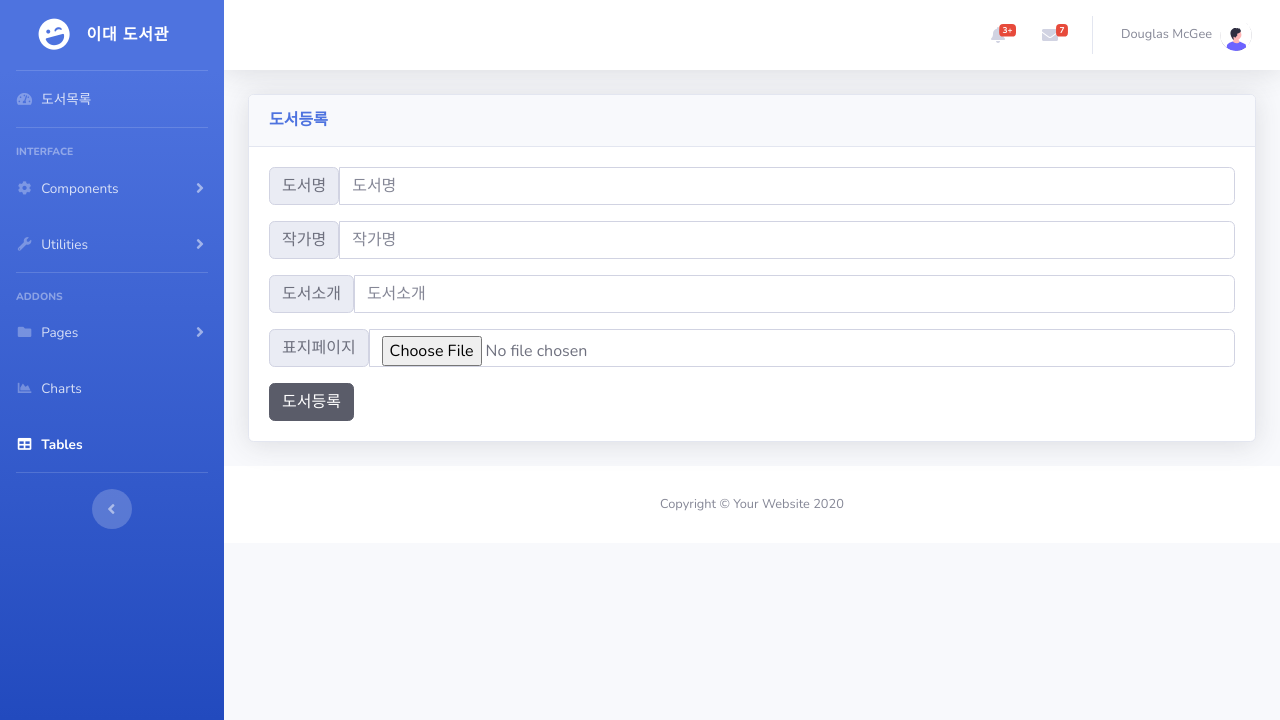
Repository: allely/spring
Page: http://localhost/jsp/book/reg.jsp
These files come from the project's save history. The page is drawn as it stood at one moment and after the next save; the edit follows.
The browser window is 1280 px wide. The pictures show the whole page.
The page is served by Tomcat 9. Other server files are loaded and not shown.

Above is the page before, as saved 2023-11-27 02:12:10.

### 2. 서블릿 & JSP/jsp/jsp/src/main/webapp/book/reg.jsp
<%@ page language="java" contentType="text/html; charset=UTF-8"
    pageEncoding="UTF-8"%>
<!DOCTYPE html>
<html>
<head>
<meta charset="UTF-8">
<title>Insert title here</title>
</head>
<body>
<script type="text/javascript">
	window.onload = function(){
		// regBtn 요소에 이벤트를 추가한다. (아이디로 접근하는 방법)
		regBtn.addEventListener('click', function(){
			// form요소의 이름으로 접근하여 폼을 전송한다.(새로운 페이지 요청)
			regForm.submit();
		});
	}
</script>
	<!-- 도서 등록 화면 -->
	<%@include file="/header.jsp" %>

	<!-- 메인컨텐츠 영역 시작-->
	<div class="container-fluid">
			<div class="card shadow mb-4">

				<div class="card-header py-3">
					<h6 class="m-0 font-weight-bold text-primary">도서등록</h6>
				</div>

				<div class="card-body">
				<!-- 폼등록 -->
				<form action="/book/bookRegProcess" name="regForm" method="post">
					<div class="input-group mb-3">
						<span class="input-group-text" id="basic-addon1">도서명</span>
						<input type="text" class="form-control" placeholder="도서명" name="title" aria-label="Username" aria-describedby="basic-addon1">
					</div>

					<div class="input-group mb-3">
						<span class="input-group-text" id="basic-addon1">작가명</span>
						<input type="text" class="form-control" placeholder="작가명" name="author" aria-label="Username" aria-describedby="basic-addon1">
					</div>

					<div class="input-group mb-3">
						<span class="input-group-text" id="basic-addon1">도서소개</span>
						<input type="text" class="form-control" placeholder="도서소개" name="content" aria-label="Username" aria-describedby="basic-addon1">
					</div>

					<div class="input-group mb-3">
						<span class="input-group-text" id="basic-addon1">표지페이지</span>
						 <input type="file" class="form-control" id="inputGroupFile01" name="imgFile">
					</div>

					<button type="button" class="btn btn-dark" id="regBtn">도서등록</button>
				</form>
				</div>

			</div>
	</div>
	<%@include file="/footer.jsp" %>
</body>
</html>

### 2. 서블릿 & JSP/jsp/jsp/src/main/webapp/header.jsp
<%@ page language="java" contentType="text/html; charset=UTF-8"
	pageEncoding="UTF-8"%>
<!DOCTYPE html>
<html>
<head>

<meta charset="utf-8">
<meta http-equiv="X-UA-Compatible" content="IE=edge">
<meta name="viewport"
	content="width=device-width, initial-scale=1, shrink-to-fit=no">
<meta name="description" content="">
<meta name="author" content="">

<title>SB Admin 2 - Tables</title>

<!-- Custom fonts for this template -->
<link href="../vendor/fontawesome-free/css/all.min.css" rel="stylesheet"
	type="text/css">
<link
	href="https://fonts.googleapis.com/css?family=Nunito:200,200i,300,300i,400,400i,600,600i,700,700i,800,800i,900,900i"
	rel="stylesheet">

<!-- Custom styles for this template -->
<link href="/css/sb-admin-2.min.css" rel="stylesheet">

<!-- Custom styles for this page -->
<link href="/vendor/datatables/dataTables.bootstrap4.min.css"
	rel="stylesheet">

</head>

<body id="page-top">

	<!-- Page Wrapper -->
	<div id="wrapper">

		<!-- Sidebar -->
		<ul
			class="navbar-nav bg-gradient-primary sidebar sidebar-dark accordion"
			id="accordionSidebar">

			<!-- Sidebar - Brand -->
			<a
				class="sidebar-brand d-flex align-items-center justify-content-center"
				href="index.html">
				<div class="sidebar-brand-icon rotate-n-15">
					<i class="fas fa-laugh-wink"></i>
				</div>
				<div class="sidebar-brand-text mx-3">
					이대 도서관</sup>
				</div>
			</a>

			<!-- Divider -->
			<hr class="sidebar-divider my-0">

			<!-- Nav Item - Dashboard -->
			<li class="nav-item"><a class="nav-link" href="index.html">
					<i class="fas fa-fw fa-tachometer-alt"></i> <span>도서목록</span>
			</a></li>

			<!-- Divider -->
			<hr class="sidebar-divider">

			<!-- Heading -->
			<div class="sidebar-heading">Interface</div>

			<!-- Nav Item - Pages Collapse Menu -->
			<li class="nav-item"><a class="nav-link collapsed" href="#"
				data-toggle="collapse" data-target="#collapseTwo"
				aria-expanded="true" aria-controls="collapseTwo"> <i
					class="fas fa-fw fa-cog"></i> <span>Components</span>
			</a>
				<div id="collapseTwo" class="collapse" aria-labelledby="headingTwo"
					data-parent="#accordionSidebar">
					<div class="bg-white py-2 collapse-inner rounded">
						<h6 class="collapse-header">Custom Components:</h6>
						<a class="collapse-item" href="buttons.html">Buttons</a> <a
							class="collapse-item" href="cards.html">Cards</a>
					</div>
				</div></li>

			<!-- Nav Item - Utilities Collapse Menu -->
			<li class="nav-item"><a class="nav-link collapsed" href="#"
				data-toggle="collapse" data-target="#collapseUtilities"
				aria-expanded="true" aria-controls="collapseUtilities"> <i
					class="fas fa-fw fa-wrench"></i> <span>Utilities</span>
			</a>
				<div id="collapseUtilities" class="collapse"
					aria-labelledby="headingUtilities" data-parent="#accordionSidebar">
					<div class="bg-white py-2 collapse-inner rounded">
						<h6 class="collapse-header">Custom Utilities:</h6>
						<a class="collapse-item" href="utilities-color.html">Colors</a> <a
							class="collapse-item" href="utilities-border.html">Borders</a> <a
							class="collapse-item" href="utilities-animation.html">Animations</a>
						<a class="collapse-item" href="utilities-other.html">Other</a>
					</div>
				</div></li>

			<!-- Divider -->
			<hr class="sidebar-divider">

			<!-- Heading -->
			<div class="sidebar-heading">Addons</div>

			<!-- Nav Item - Pages Collapse Menu -->
			<li class="nav-item"><a class="nav-link collapsed" href="#"
				data-toggle="collapse" data-target="#collapsePages"
				aria-expanded="true" aria-controls="collapsePages"> <i
					class="fas fa-fw fa-folder"></i> <span>Pages</span>
			</a>
				<div id="collapsePages" class="collapse"
					aria-labelledby="headingPages" data-parent="#accordionSidebar">
					<div class="bg-white py-2 collapse-inner rounded">
						<h6 class="collapse-header">Login Screens:</h6>
						<a class="collapse-item" href="login.html">Login</a> <a
							class="collapse-item" href="register.html">Register</a> <a
							class="collapse-item" href="forgot-password.html">Forgot
							Password</a>
						<div class="collapse-divider"></div>
						<h6 class="collapse-header">Other Pages:</h6>
						<a class="collapse-item" href="404.html">404 Page</a> <a
							class="collapse-item" href="blank.html">Blank Page</a>
					</div>
				</div></li>

			<!-- Nav Item - Charts -->
			<li class="nav-item"><a class="nav-link" href="charts.html">
					<i class="fas fa-fw fa-chart-area"></i> <span>Charts</span>
			</a></li>

			<!-- Nav Item - Tables -->
			<li class="nav-item active"><a class="nav-link"
				href="tables.html"> <i class="fas fa-fw fa-table"></i> <span>Tables</span></a>
			</li>

			<!-- Divider -->
			<hr class="sidebar-divider d-none d-md-block">

			<!-- Sidebar Toggler (Sidebar) -->
			<div class="text-center d-none d-md-inline">
				<button class="rounded-circle border-0" id="sidebarToggle"></button>
			</div>

		</ul>
		<!-- End of Sidebar -->

		<!-- Content Wrapper -->
		<div id="content-wrapper" class="d-flex flex-column">

			<!-- Main Content -->
			<div id="content">

				<!-- Topbar -->
				<nav
					class="navbar navbar-expand navbar-light bg-white topbar mb-4 static-top shadow">

					<!-- Sidebar Toggle (Topbar) -->
					<form class="form-inline">
						<button id="sidebarToggleTop"
							class="btn btn-link d-md-none rounded-circle mr-3">
							<i class="fa fa-bars"></i>
						</button>
					</form>




					<!-- Topbar Navbar -->
					<ul class="navbar-nav ml-auto">

						<!-- Nav Item - Search Dropdown (Visible Only XS) -->
						<li class="nav-item dropdown no-arrow d-sm-none"><a
							class="nav-link dropdown-toggle" href="#" id="searchDropdown"
							role="button" data-toggle="dropdown" aria-haspopup="true"
							aria-expanded="false"> <i class="fas fa-search fa-fw"></i>
						</a> <!-- Dropdown - Messages -->
							<div
								class="dropdown-menu dropdown-menu-right p-3 shadow animated--grow-in"
								aria-labelledby="searchDropdown">
								<form class="form-inline mr-auto w-100 navbar-search">
									<div class="input-group">
										<input type="text"
											class="form-control bg-light border-0 small"
											placeholder="Search for..." aria-label="Search"
											aria-describedby="basic-addon2">
										<div class="input-group-append">
											<button class="btn btn-primary" type="button">
												<i class="fas fa-search fa-sm"></i>
											</button>
										</div>
									</div>
								</form>
							</div></li>


						<!-- Nav Item - Alerts -->
						<li class="nav-item dropdown no-arrow mx-1"><a
							class="nav-link dropdown-toggle" href="#" id="alertsDropdown"
							role="button" data-toggle="dropdown" aria-haspopup="true"
							aria-expanded="false"> <i class="fas fa-bell fa-fw"></i> <!-- Counter - Alerts -->
								<span class="badge badge-danger badge-counter">3+</span>
						</a> <!-- Dropdown - Alerts -->
							<div
								class="dropdown-list dropdown-menu dropdown-menu-right shadow animated--grow-in"
								aria-labelledby="alertsDropdown">
								<h6 class="dropdown-header">Alerts Center</h6>
								<a class="dropdown-item d-flex align-items-center" href="#">
									<div class="mr-3">
										<div class="icon-circle bg-primary">
											<i class="fas fa-file-alt text-white"></i>
										</div>
									</div>
									<div>
										<div class="small text-gray-500">December 12, 2019</div>
										<span class="font-weight-bold">A new monthly report is
											ready to download!</span>
									</div>
								</a> <a class="dropdown-item d-flex align-items-center" href="#">
									<div class="mr-3">
										<div class="icon-circle bg-success">
											<i class="fas fa-donate text-white"></i>
										</div>
									</div>
									<div>
										<div class="small text-gray-500">December 7, 2019</div>
										$290.29 has been deposited into your account!
									</div>
								</a> <a class="dropdown-item d-flex align-items-center" href="#">
									<div class="mr-3">
										<div class="icon-circle bg-warning">
											<i class="fas fa-exclamation-triangle text-white"></i>
										</div>
									</div>
									<div>
										<div class="small text-gray-500">December 2, 2019</div>
										Spending Alert: We've noticed unusually high spending for your
										account.
									</div>
								</a> <a class="dropdown-item text-center small text-gray-500"
									href="#">Show All Alerts</a>
							</div></li>

						<!-- Nav Item - Messages -->
						<li class="nav-item dropdown no-arrow mx-1"><a
							class="nav-link dropdown-toggle" href="#" id="messagesDropdown"
							role="button" data-toggle="dropdown" aria-haspopup="true"
							aria-expanded="false"> <i class="fas fa-envelope fa-fw"></i>
								<!-- Counter - Messages --> <span
								class="badge badge-danger badge-counter">7</span>
						</a> <!-- Dropdown - Messages -->
							<div
								class="dropdown-list dropdown-menu dropdown-menu-right shadow animated--grow-in"
								aria-labelledby="messagesDropdown">
								<h6 class="dropdown-header">Message Center</h6>
								<a class="dropdown-item d-flex align-items-center" href="#">
									<div class="dropdown-list-image mr-3">
										<img class="rounded-circle" src="img/undraw_profile_1.svg"
											alt="...">
										<div class="status-indicator bg-success"></div>
									</div>
									<div class="font-weight-bold">
										<div class="text-truncate">Hi there! I am wondering if
											you can help me with a problem I've been having.</div>
										<div class="small text-gray-500">Emily Fowler · 58m</div>
									</div>
								</a> <a class="dropdown-item d-flex align-items-center" href="#">
									<div class="dropdown-list-image mr-3">
										<img class="rounded-circle" src="img/undraw_profile_2.svg"
											alt="...">
										<div class="status-indicator"></div>
									</div>
									<div>
										<div class="text-truncate">I have the photos that you
											ordered last month, how would you like them sent to you?</div>
										<div class="small text-gray-500">Jae Chun · 1d</div>
									</div>
								</a> <a class="dropdown-item d-flex align-items-center" href="#">
									<div class="dropdown-list-image mr-3">
										<img class="rounded-circle" src="img/undraw_profile_3.svg"
											alt="...">
										<div class="status-indicator bg-warning"></div>
									</div>
									<div>
										<div class="text-truncate">Last month's report looks
											great, I am very happy with the progress so far, keep up the
											good work!</div>
										<div class="small text-gray-500">Morgan Alvarez · 2d</div>
									</div>
								</a> <a class="dropdown-item d-flex align-items-center" href="#">
									<div class="dropdown-list-image mr-3">
										<img class="rounded-circle"
											src="https://source.unsplash.com/Mv9hjnEUHR4/60x60" alt="...">
										<div class="status-indicator bg-success"></div>
									</div>
									<div>
										<div class="text-truncate">Am I a good boy? The reason I
											ask is because someone told me that people say this to all
											dogs, even if they aren't good...</div>
										<div class="small text-gray-500">Chicken the Dog · 2w</div>
									</div>
								</a> <a class="dropdown-item text-center small text-gray-500"
									href="#">Read More Messages</a>
							</div></li>

						<div class="topbar-divider d-none d-sm-block"></div>

						<!-- Nav Item - User Information -->
						<li class="nav-item dropdown no-arrow"><a
							class="nav-link dropdown-toggle" href="#" id="userDropdown"
							role="button" data-toggle="dropdown" aria-haspopup="true"
							aria-expanded="false"> <span
								class="mr-2 d-none d-lg-inline text-gray-600 small">Douglas
									McGee</span> <img class="img-profile rounded-circle"
								src="img/undraw_profile.svg">
						</a> <!-- Dropdown - User Information -->
							<div
								class="dropdown-menu dropdown-menu-right shadow animated--grow-in"
								aria-labelledby="userDropdown">
								<a class="dropdown-item" href="#"> <i
									class="fas fa-user fa-sm fa-fw mr-2 text-gray-400"></i> Profile
								</a> <a class="dropdown-item" href="#"> <i
									class="fas fa-cogs fa-sm fa-fw mr-2 text-gray-400"></i>
									Settings
								</a> <a class="dropdown-item" href="#"> <i
									class="fas fa-list fa-sm fa-fw mr-2 text-gray-400"></i>
									Activity Log
								</a>
								<div class="dropdown-divider"></div>
								<a class="dropdown-item" href="#" data-toggle="modal"
									data-target="#logoutModal"> <i
									class="fas fa-sign-out-alt fa-sm fa-fw mr-2 text-gray-400"></i>
									Logout
								</a>
							</div></li>

					</ul>

				</nav>
				<!-- End of Topbar -->
</body>
</html>

### 2. 서블릿 & JSP/jsp/jsp/src/main/webapp/footer.jsp
<%@ page language="java" contentType="text/html; charset=UTF-8"
    pageEncoding="UTF-8"%>
<!DOCTYPE html>
<html>
<head>
<meta charset="UTF-8">
<title>Insert title here</title>
</head>
<body>
<div>
<div>

 <!-- Footer -->
            <footer class="sticky-footer bg-white">
                <div class="container my-auto">
                    <div class="copyright text-center my-auto">
                        <span>Copyright &copy; Your Website 2020</span>
                    </div>
                </div>
            </footer>
            <!-- End of Footer -->

        </div>
        <!-- End of Content Wrapper -->

    </div>
    <!-- End of Page Wrapper -->

    <!-- Scroll to Top Button-->
    <a class="scroll-to-top rounded" href="#page-top">
        <i class="fas fa-angle-up"></i>
    </a>

    <!-- Logout Modal-->
    <div class="modal fade" id="logoutModal" tabindex="-1" role="dialog" aria-labelledby="exampleModalLabel"
        aria-hidden="true">
        <div class="modal-dialog" role="document">
            <div class="modal-content">
                <div class="modal-header">
                    <h5 class="modal-title" id="exampleModalLabel">Ready to Leave?</h5>
                    <button class="close" type="button" data-dismiss="modal" aria-label="Close">
                        <span aria-hidden="true">×</span>
                    </button>
                </div>
                <div class="modal-body">Select "Logout" below if you are ready to end your current session.</div>
                <div class="modal-footer">
                    <button class="btn btn-secondary" type="button" data-dismiss="modal">Cancel</button>
                    <a class="btn btn-primary" href="login.html">Logout</a>
                </div>
            </div>
        </div>
    </div>

    <!-- Bootstrap core JavaScript-->
    <script src="/vendor/jquery/jquery.min.js"></script>
    <script src="/vendor/bootstrap/js/bootstrap.bundle.min.js"></script>

    <!-- Core plugin JavaScript-->
    <script src="/vendor/jquery-easing/jquery.easing.min.js"></script>

    <!-- Custom scripts for all pages-->
    <script src="js/sb-admin-2.min.js"></script>

    <!-- Page level plugins -->
    <script src="/vendor/datatables/jquery.dataTables.min.js"></script>
    <script src="/vendor/datatables/dataTables.bootstrap4.min.js"></script>

    <!-- Page level custom scripts -->
    <script src="js/demo/datatables-demo.js"></script>

</body>
</html>

### 2. 서블릿 & JSP/jsp/jsp/src/main/webapp/img/undraw_profile.svg
<svg xmlns="http://www.w3.org/2000/svg" width="532" height="532" viewBox="0 0 532 532" xmlns:xlink="http://www.w3.org/1999/xlink"><circle cx="270.75986" cy="260.93427" r="86.34897" fill="#ffb6b6"/><polygon points="221.18982 360.05209 217.28876 320.6185 295.18982 306.05209 341.18982 418.05209 261.18982 510.05209 204.18982 398.05209 221.18982 360.05209" fill="#ffb6b6"/><path d="m216.0374,340.35736l17.03111,3.84802s-13.38821-42.45453-8.84396-46.50766c4.54427-4.05316,15.68007,2.33328,15.68007,2.33328l11.70201,13.1199,14.25394-14.51239s15.47495-19.2421,21.53397-24.6463-3.67319-25.46364-3.67319-25.46364c0,0,89.89185-24.23923,56.44299-67.83968,0,0-19.61093-34.18452-25.99734-23.04871-6.38641,11.1358-14.00162-6.55013-14.00162-6.55013l-23.25381,4.42198s-45.89429-27.06042-89.45331,30.82959c-43.55902,57.89003,28.57916,154.01572,28.57916,154.01572h-.00002Z" fill="#2f2e41"/><path d="m433.16003,472.95001c-47.19,38.26001-105.57001,59.04999-167.16003,59.04999-56.23999,0-109.81-17.33997-154.62-49.47998.08002-.84003.16003-1.66998.23004-2.5,1.19-13,2.25-25.64001,2.94995-36.12,2.71002-40.69,97.64001-67.81,97.64001-67.81,0,0,.42999.42999,1.29004,1.17999,5.23999,4.59998,26.50995,21.27997,63.81,25.94,33.25995,4.15997,44.20996-15.57001,47.51996-25.02002,1-2.88,1.30005-4.81,1.30005-4.81l97.63995,46.10999c6.37,9.10004,8.86005,28.70001,9.35004,50.73004.01996.90997.03998,1.81.04999,2.72998Z" fill="#6c63ff"/><path d="m454.09003,77.91003C403.85004,27.66998,337.05005,0,266,0S128.15002,27.66998,77.91003,77.91003C27.67004,128.15002,0,194.95001,0,266c0,64.85004,23.05005,126.16003,65.29004,174.57001,4.02997,4.63,8.23999,9.14001,12.62,13.52002,1.02997,1.02997,2.07001,2.06,3.12,3.06,2.79999,2.70996,5.65002,5.35999,8.54999,7.92999,1.76001,1.57001,3.54004,3.10999,5.34003,4.62,1.40997,1.19,2.82001,2.35999,4.25,3.51001.02997.02997.04999.04999.07996.07001,3.97003,3.19995,8.01001,6.27997,12.13,9.23999,44.81,32.14001,98.37999,49.47998,154.61998,49.47998,61.59003,0,119.97003-20.78998,167.16003-59.04999,3.84998-3.12,7.62-6.35999,11.32001-9.71002,3.26996-2.95996,6.46997-6.01001,9.60999-9.14996.98999-.98999,1.97998-1.98999,2.95001-3,2.70001-2.78003,5.32001-5.61005,7.88-8.48004,43.37-48.71997,67.07996-110.83997,67.07996-176.60999,0-71.04999-27.66998-137.84998-77.90997-188.08997Zm10.17999,362.20997c-2.5,2.84003-5.06,5.64001-7.67999,8.37-4.08002,4.25-8.28998,8.37-12.64001,12.34003-1.64996,1.52002-3.32001,3-5.01001,4.46997-1.91998,1.67004-3.85999,3.31-5.82996,4.92004-15.53003,12.75-32.54004,23.75-50.73004,32.70996-7.19,3.54999-14.56,6.78003-22.09998,9.67004-29.28998,11.23999-61.08002,17.39996-94.28003,17.39996-32.03998,0-62.75995-5.73999-91.19-16.23999-11.66998-4.29999-22.94995-9.40997-33.77997-15.26001-1.59003-.85999-3.16998-1.72998-4.73999-2.62-8.26001-4.67999-16.25-9.78998-23.91998-15.31-.25-.17999-.51001-.37-.76001-.54999-5.46002-3.94-10.77002-8.09003-15.90002-12.45001-1.88-1.59003-3.73999-3.20001-5.57001-4.84998-2.97998-2.65002-5.89996-5.38-8.75-8.18005-5.39996-5.28998-10.56-10.79999-15.48999-16.52997C26.09003,391.77002,2,331.65002,2,266,2,120.42999,120.43005,2,266,2s264,118.42999,264,264c0,66.66003-24.82996,127.62-65.72998,174.12Z" fill="#3f3d56"/></svg>

Loaded but not shown: 2. 서블릿 & JSP/jsp/jsp/src/main/webapp/css/sb-admin-2.min.css (library); 2. 서블릿 & JSP/jsp/jsp/src/main/webapp/js/sb-admin-2.min.js (common file); 2. 서블릿 & JSP/jsp/jsp/src/main/webapp/js/demo/datatables-demo.js (common file)

After the next save:
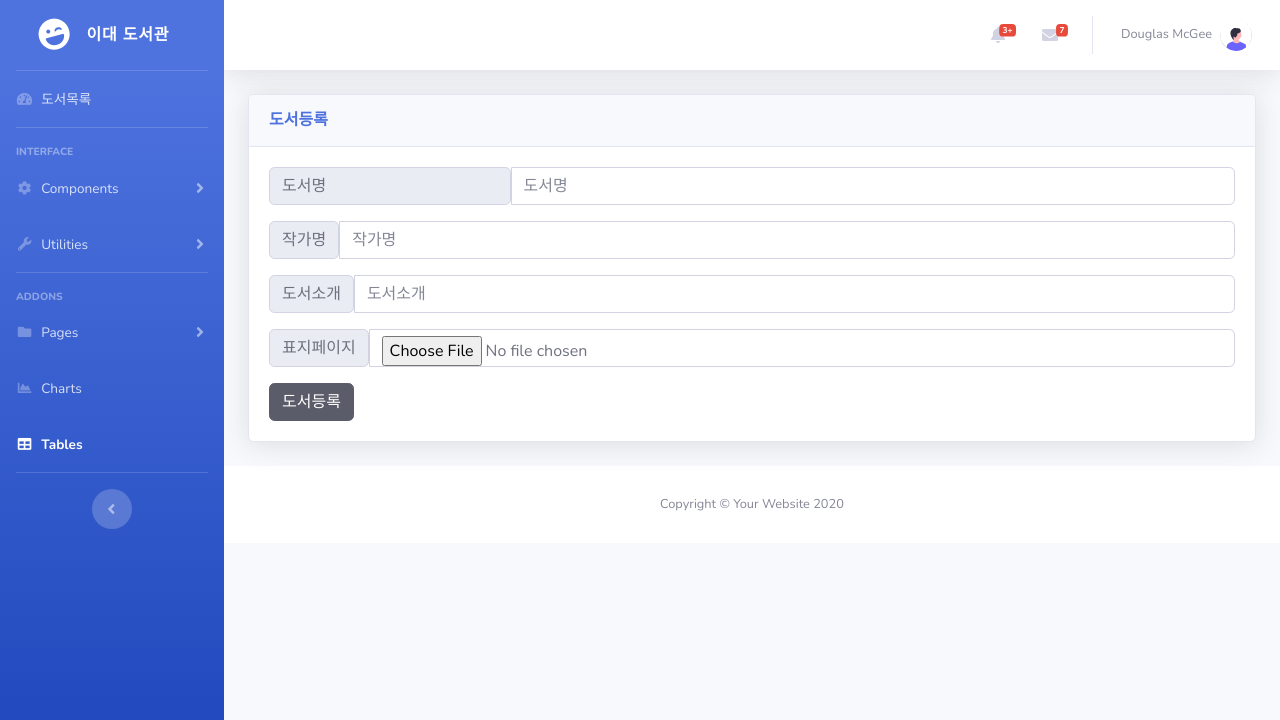
Saved 87 s later.
--- a/2. 서블릿 & JSP/jsp/jsp/src/main/webapp/book/reg.jsp
+++ b/2. 서블릿 & JSP/jsp/jsp/src/main/webapp/book/reg.jsp
@@ -31,7 +31,7 @@
 				<!-- 폼등록 -->
 				<form action="/book/bookRegProcess" name="regForm" method="post">
 					<div class="input-group mb-3">
-						<span class="input-group-text" id="basic-addon1">도서명</span>
+						<span class="w-25 input-group-text" id="basic-addon1">도서명</span>
 						<input type="text" class="form-control" placeholder="도서명" name="title" aria-label="Username" aria-describedby="basic-addon1">
 					</div>
 

After the save that followed:
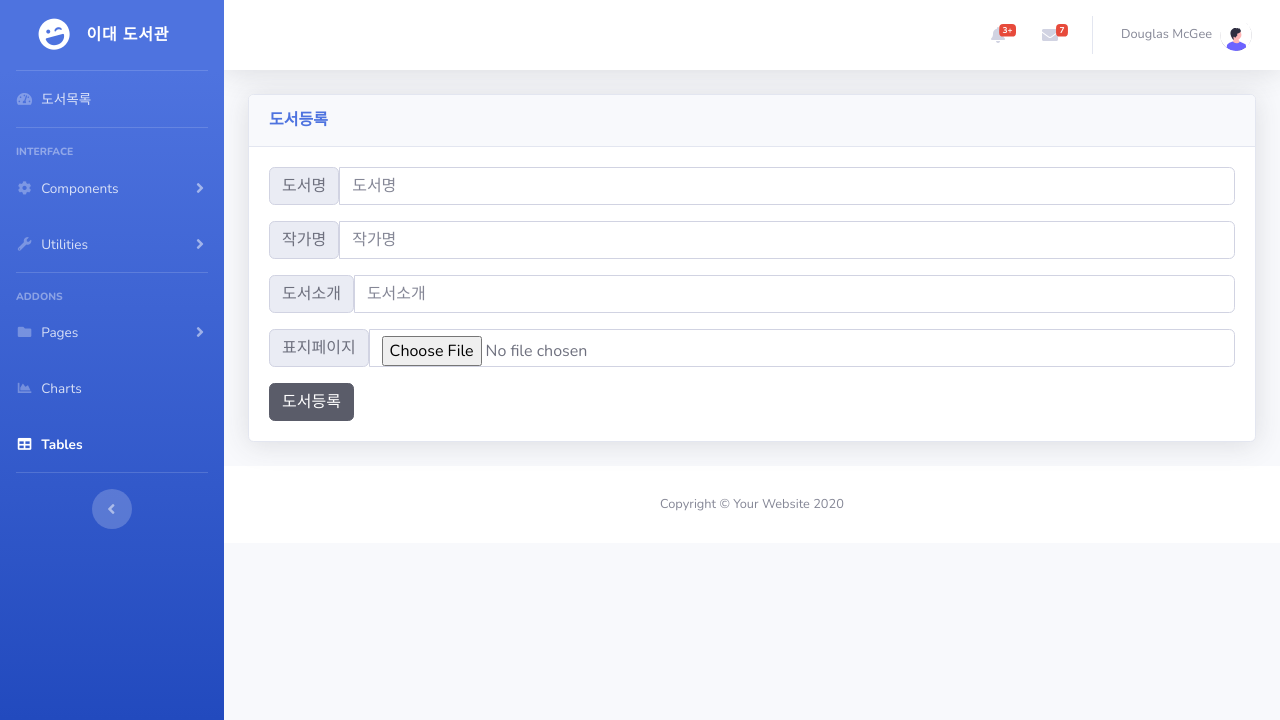
Saved 15 s later.
--- a/2. 서블릿 & JSP/jsp/jsp/src/main/webapp/book/reg.jsp
+++ b/2. 서블릿 & JSP/jsp/jsp/src/main/webapp/book/reg.jsp
@@ -31,7 +31,7 @@
 				<!-- 폼등록 -->
 				<form action="/book/bookRegProcess" name="regForm" method="post">
 					<div class="input-group mb-3">
-						<span class="w-25 input-group-text" id="basic-addon1">도서명</span>
+						<span class="w-10 input-group-text" id="basic-addon1">도서명</span>
 						<input type="text" class="form-control" placeholder="도서명" name="title" aria-label="Username" aria-describedby="basic-addon1">
 					</div>
 
